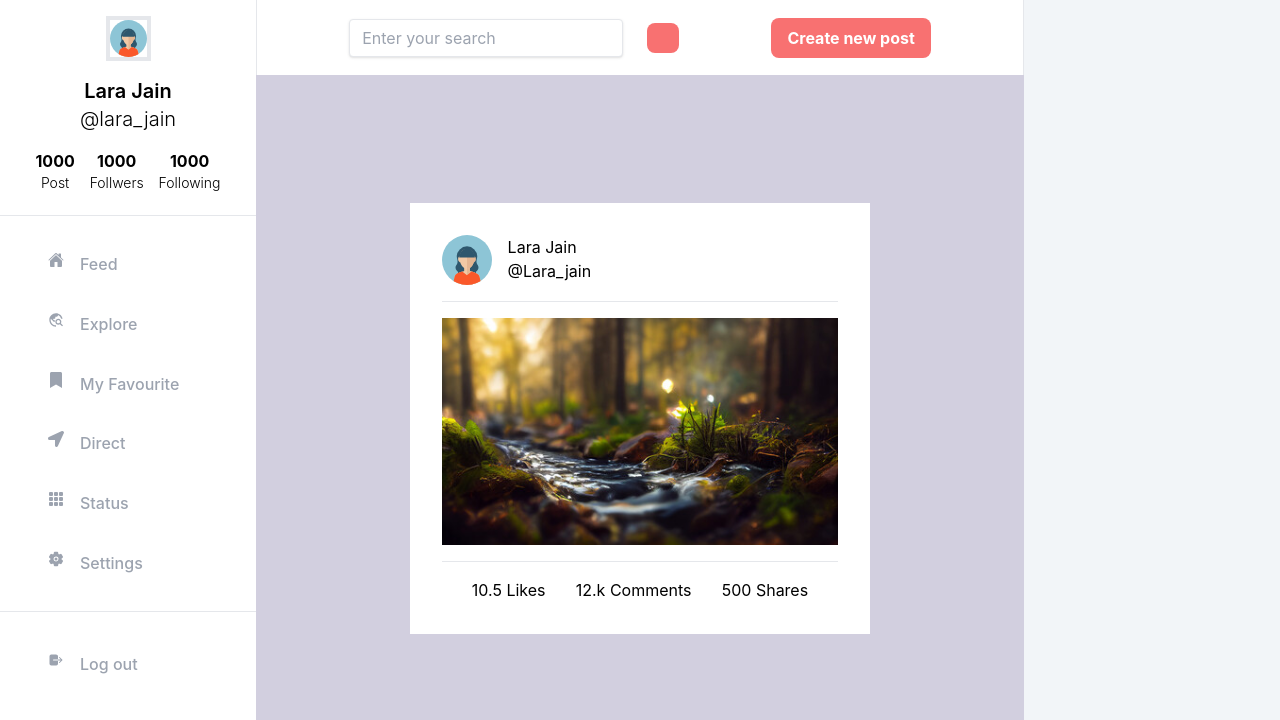
Repository: cosmicswati/upgrad-captions-project
Page: /account/signup
These files come from the project's save history. The page is drawn as it stood at one moment and after the next save; the edit follows.
The browser window is 1280 px wide. The pictures show the whole page.
An inner scrolling area shows only its first screen. The project was rebuilt for these pictures with package versions that can differ from the ones it lists, and the page was loaded fresh each time. Also part of the build but not shown: src/modules/Home/data.js, src/modules/Authorization/Form.jsx, src/modules/Authorization/index.js.

Above is the page before, as saved 2024-04-12 11:08:54.

After the next save:
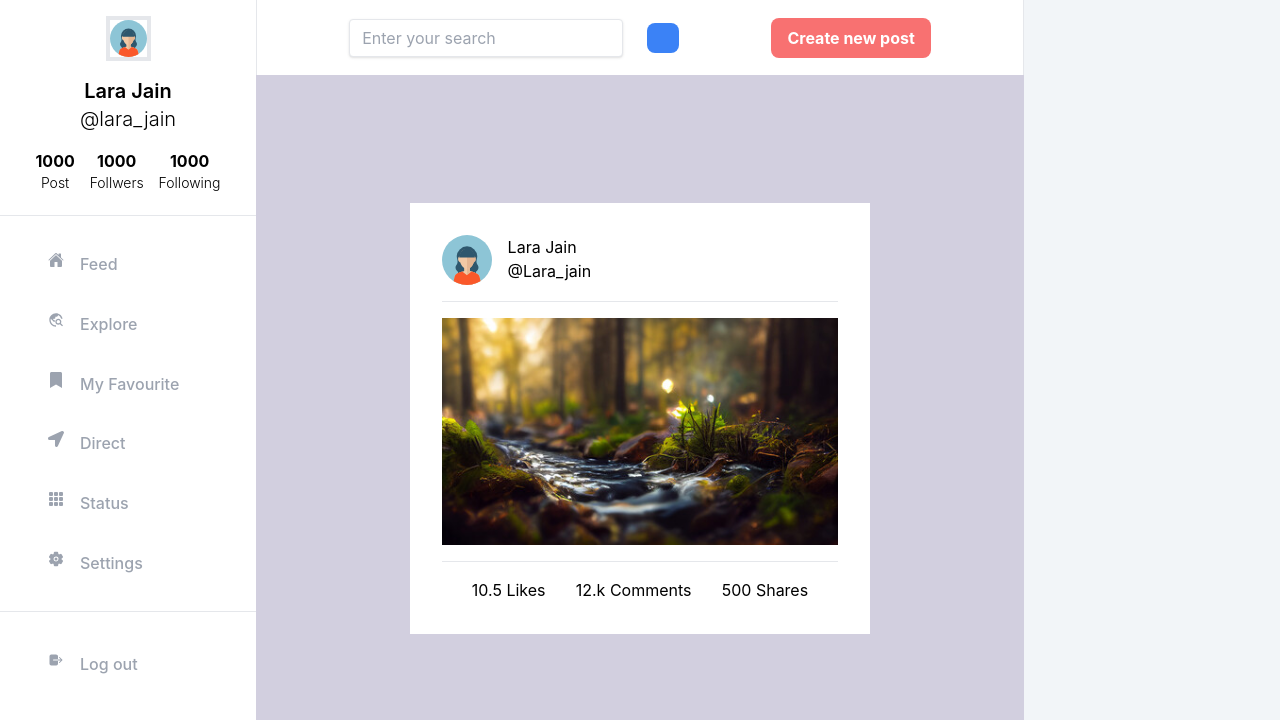
Saved 53 s later.
--- a/src/modules/Home/index.js
+++ b/src/modules/Home/index.js
@@ -53,7 +53,7 @@ const Home = () => {
             <div className='bg-white h-[75px] border-l border-r flex justify-evenly items-center pt-4'>
                  <div className='flex justify-center items-center'>
                     <Input placeholder='Enter your search' className='w-[400px] rounded-full'/>
-                    <Button icon={<LuSearch />}  className='mb-4 ml-6  h-[30px] rounded-lg bg-red-400 hover:bg-red-500 '/>
+                    <Button icon={<LuSearch />}  className='mb-4 ml-6  h-[30px] rounded-lg  '/>
                  </div>
                  <Button icon={<IoHome />} label='Create new post'  className='rounded-lg bg-red-400 hover:bg-red-500 mb-4'/>
             </div>
